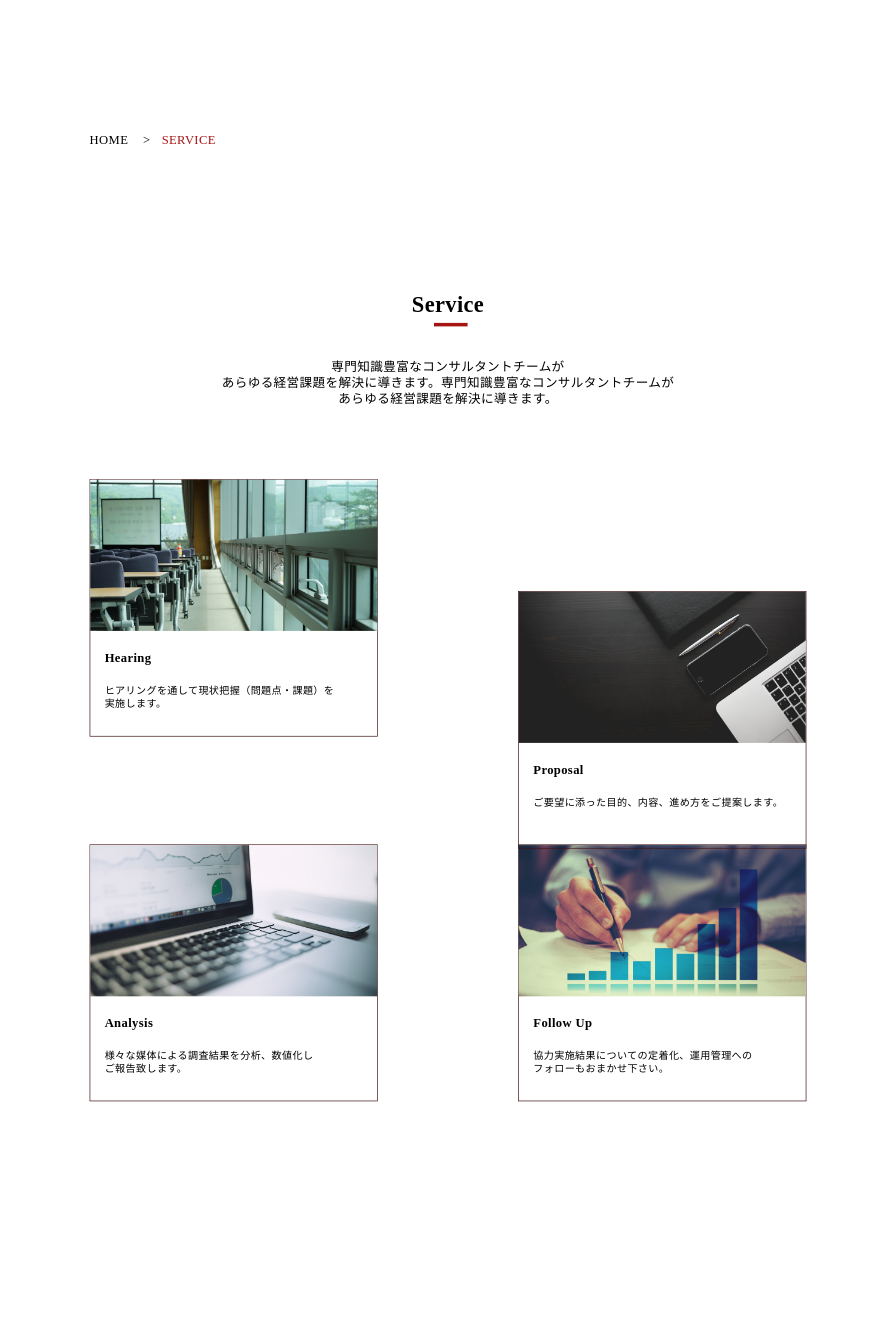
Repository: nozomi-23/hp2_test
Page: html/service.html
These files come from the project's save history. The page is drawn as it stood at one moment and after the next save; the edit follows.
The browser window is 1280 px wide. The pictures show the part of the page from y = 655 to 2575 px (the page is 2575 px tall), at 70% of full size.
Some web fonts or font styles are not loaded; a fallback is used. Some web libraries are served in a nearby version.

Above is the page before, as saved 2022-06-26 07:45:33.

### html/service.html
<!DOCTYPE html>
<html lang="ja">

<head>
  <meta charset="UTF-8">
  <title>コンサル事業 N.Company</title>
  <meta name="description" content="専門知識豊富なコンサルタントチームがあらゆる経営課題を解決に導きます。">
  <meta name="keywords" content="コンサル,経営改善,サポート">
  <meta name="viewport" content="width=device-width, initial-scale=1.0">
  <meta property="og:title" content="コンサル事業 N.Company">
  <meta property="og:type" content="article">
  <meta property="og:url" content="https://withcode-plus.tech">
  <meta property="og:image" content="img/logo.png">
  <meta property="og:description" content="専門知識豊富なコンサルタントチームがあらゆる経営課題を解決に導きます。">
  <meta property="og:site_name" content="コンサル事業">
  <link rel="icon" href="favicon.ico">
  <link rel="apple-touch-icon" sizes="180x180" href="img/logo.png">
  <link rel="preconnect" href="https://fonts.googleapis.com">
  <link rel="preconnect" href="https://fonts.gstatic.com" crossorigin>
  <link rel="preconnect" href="https://fonts.googleapis.com">
  <link rel="preconnect" href="https://fonts.gstatic.com" crossorigin>
  <link rel="preconnect" href="https://fonts.googleapis.com">
  <link rel="preconnect" href="https://fonts.gstatic.com" crossorigin>
  <link href="https://fonts.googleapis.com/css2?family=Bitter:wght@300;400&display=swap" rel="stylesheet">
  <link href="https://fonts.googleapis.com/css2?family=Noto+Serif+JP:wght@400;500;700&display=swap" rel="stylesheet">
  <script src="https://kit.fontawesome.com/b17c2acbc6.js" crossorigin="anonymous"></script>
  <link rel="stylesheet" type="text/css" href="../css/reset.css">
  <link rel="stylesheet" type="text/css" href="../css/common1.css">
  <link rel="stylesheet" type="text/css" href="../css/common2.css">
  <link rel="stylesheet" type="text/css" href="../css/service.css">
</head>

<body>
  <!-- ======== header ===== -->
  <header>
    <div class="header_inner">
      <h1 class="header_logo">
        <a href="../index.html"><img src="../img/logo.png" alt="ロゴ画像"></a>
      </h1>
      <nav class="header_nav">
        <ul>
          <li>
            <a href="#">SERVICE</a>
          </li>
          <li>
            <a href="../html/about.html">ABOUT</a>
          </li>
          <li>
            <a href="../html/news.html">NEWS</a>
          </li>
          <li>
            <a href="../html/contact.html">CONTACT</a>
          </li>
        </ul>
      </nav>
    </div>
    <div class="drawer"></div>
  </header>

  <!-- ======== fv ===== -->

  <section class="service_fv">
    <div class="service_fv_wrapper">
      <div class="service_fv_img">
        <img src="../img/service_main.png" alt="メイン画像">
      </div>
      <div class="fv_txt_wrapper_2">
        <span class="top_arrow_txt">SCROLL</span>
      </div>
      <div class="fv_ttl_wrapper">
        <h2 class="service_fv_ttl">SERVICE</h2>
      </div>
    </div>
  </section>

  <!-- ======== パンくずリスト ===== -->

  <section class="breadcrumb section">
    <div class="inner">
      <ul class="breadcrumb_list">
        <li class="breadcrumb_item">
          <a href="../index.html"><span>HOME</span></a>
        </li>
        <li class="breadcrumb_item">
          <a href="../index.html"><span class="color">SERVICE</span></a>
        </li>
      </ul>
    </div>
  </section>

  <!-- ======== service_intro ===== -->

  <section class="service_intro section">
    <div class="inner">
      <div class="service_tex">
        <h3 class="section_ttl">Service</h3>
        <p class="service_txt">専門知識豊富なコンサルタントチームが<br>
          あらゆる経営課題を解決に導きます。専門知識豊富なコンサルタントチームが<br>あらゆる経営課題を解決に導きます。</p>
      </div>
      <div class="service_intro_all">
        <ul class="intro_list">
          <li class="intro_item">
            <div class="intro_item_img">
              <img src="../img/hearing.png" alt="hearing画像">
            </div>
            <div class="intro_item_txt intro_item_1">
              <p class="intro_txt_ttl">Hearing</p>
              <p class="intro_txt_txt">ヒアリングを通して現状把握（問題点・課題）を<br>実施します。</p>
            </div>
          </li>
          <li class="intro_item intro_item_2">
            <div class="intro_item_img">
              <img src="../img/proposal.png" alt="proposal画像">
            </div>
            <div class="intro_item_txt">
              <p class="intro_txt_ttl">Proposal</p>
              <p class="intro_txt_txt">ご要望に添った目的、内容、進め方をご提案します。</p>
            </div>
          </li>
          <li class="intro_item intro_item_3">
            <div class="intro_item_img">
              <img src="../img/analysis.png" alt="analysis画像">
            </div>
            <div class="intro_item_txt">
              <p class="intro_txt_ttl">Analysis</p>
              <p class="intro_txt_txt">様々な媒体による調査結果を分析、数値化し<br>ご報告致します。</p>
            </div>
          </li>
          <li class="intro_item intro_item_4">
            <div class="intro_item_img">
              <img src="../img/followup.png" alt="followup画像">
            </div>
            <div class="intro_item_txt">
              <p class="intro_txt_ttl">Follow Up</p>
              <p class="intro_txt_txt">協力実施結果についての定着化、運用管理への<br>フォローもおまかせ下さい。</p>
            </div>
          </li>
        </ul>
      </div>
      </div>
    </div>
  </section>
</body>
<script src="https://ajax.googleapis.com/ajax/libs/jquery/3.5.1/jquery.min.js"></script>
<script type="text/javascript" src="js/common.js"></script>

</html>

### css/reset.css
@charset "UTF-8";

html,
body,
div,
span,
object,
iframe,
h1,
h2,
h3,
h4,
h5,
h6,
p,
blockquote,
pre,
abbr,
address,
cite,
code,
del,
dfn,
em,
img,
ins,
kbd,
q,
samp,
small,
strong,
sub,
sup,
var,
b,
i,
dl,
dt,
dd,
ol,
ul,
li,
fieldset,
form,
label,
legend,
table,
caption,
tbody,
tfoot,
thead,
tr,
th,
td,
article,
aside,
canvas,
details,
figcaption,
figure,
footer,
header,
hgroup,
menu,
nav,
section,
summary,
time,
mark,
audio,
video {
  margin: 0;
  padding: 0;
  border: 0;
  outline: 0;
  font-size: 100%;
  vertical-align: baseline;
  background: transparent;
}

body {
  line-height: 1;
}

article,
aside,
details,
figcaption,
figure,
footer,
header,
hgroup,
menu,
nav,
section {
  display: block;
}

nav ul {
  list-style: none;
}

blockquote,
q {
  quotes: none;
}

blockquote:before,
blockquote:after,
q:before,
q:after {
  content: '';
  content: none;
}

a {
  margin: 0;
  padding: 0;
  font-size: 100%;
  vertical-align: baseline;
  background: transparent;
}

/* change colours to suit your needs */
ins {
  background-color: #ff9;
  color: #000;
  text-decoration: none;
}

/* change colours to suit your needs */
mark {
  background-color: #ff9;
  color: #000;
  font-style: italic;
  font-weight: bold;
}

del {
  text-decoration: line-through;
}

abbr[title],
dfn[title] {
  border-bottom: 1px dotted;
  cursor: help;
}

table {
  border-collapse: collapse;
  border-spacing: 0;
}

/* change border colour to suit your needs */
hr {
  display: block;
  height: 1px;
  border: 0;
  border-top: 1px solid #cccccc;
  margin: 1em 0;
  padding: 0;
}

input,
select {
  vertical-align: middle;
}

### css/common1.css
@charset "UTF-8";

body {
  font-size: 18px;
  color: #000;
  letter-spacing: 0.03em;
  font-family: 'Noto Serif JP', serif;
  line-height: 1.3;
}
li {
  list-style: none;
}
a {
  text-decoration: none;
  cursor: pointer;
  color: #000;
}
/* =====================
共通レイアウト
========================*/

.section {
  margin: 15% 0;
  position: relative;
}

.inner {
  width: 80%;
  height: auto;
  margin: 0 auto;
  /* background-color: aqua; */
}

/* =====================
共通パーツ
========================*/

.section_ttl {
  position: relative;
  font-size: 2rem;
  font-weight: bold;
  display: inline-block;
  margin-bottom: 4.5%;
  padding: 1%;
}

.section_ttl::after {
  content: "";
  position: absolute;
  bottom: 0;
  left: 34%;
  display: inline-block;
  width: 3rem;
  border-bottom: 5px solid #A71414;
}

.btn {
  width: 25%;
  margin: 0 auto;
}

.btn a {
  text-align: center;
  color: #fff;
  background: #210E0E;
  font-weight: bold;
  line-height: 4;
  display: block;
  width: 100%;
  height: 100%;
  cursor: pointer;
  transition: all 0.5s;
}

.btn a:hover {
  opacity: 0.8;
  transition: all 0.5s;
}
/* =====================
header
========================*/
header {
  background: #000;
}

.header_inner {
  display: flex;
  justify-content: space-between;
  align-items: center;
  padding: 0.7%;
}

.header_logo {
  width: 20%;
}
.header_logo img {
  width: 100%;
  height: 100%;
}

.header_nav {
  width: 60%;
  height: auto;
}

.header_nav ul {
  display: flex;
  align-items: center;
}

.header_nav ul li {
  padding: 1.5% 6%;
  border-left: solid 1px #fff;
}

.header_nav ul li:last-child {
  border-right: solid 1px #fff;
}

.header_nav ul li a {
  display: block;
  color: #fff;
  font-weight: bold;
}

.header_nav ul li a:hover {
  color: #AB9999;
}

header .drawer {
  visibility: hidden;
}

/* =====================
footer
========================*/

footer {
  background: #000;
  padding: 2%;
  text-align: center;
}

.footer_logo {
  margin: 0 auto;
  width: 15%;
  height: auto;
}

.footer_logo img {
  width: 100%;
  height: 100%;
}

.footer_list {
  width: 70%;
  height: auto;
  display: flex;
  justify-content: center;
  align-items: center;
  margin: 3.5% auto;
}

.footer_list li {
  padding: 1% 6%;
  border-left: solid 1px #fff;
}

.footer_list li:last-child {
  border-right: solid 1px #fff;
}

.footer_list li a {
  color: #fff;
  font-size: 0.95rem;
}

.footer_list li a:hover {
  color: #AB9999;
}

.footer_sns {
  display: flex;
  align-items: center;
  justify-content: center;
  margin: 3% 0;
}

.sns_icon.sns_icon1 {
  margin-right: 2.5%;
}

.sns_icon.sns_icon1,
.sns_icon.sns_icon2 {
  font-size: 2.25rem;
}
.sns_icon a {
  color: #fff;
}

.sns_icon {
  transition: 0.2s;
}

.sns_icon:hover {
  transition: 0.2s;
  transform: translateY(-5px);
}


footer small {
  color: #fff;
  font-size: 0.8rem;
  display: block;
  margin: 1.5% 0;
}

### css/common2.css
@charset "UTF-8";

/* =====================
fv
========================*/
.service_fv_wrapper {
  display: flex;
  position: relative;
}

.service_fv_img {
  position: absolute;
  z-index: 1;
  top: 4%;
  left: 0;
}

.service_fv_img img {
  width: 100%;
  height: 100%;
}

.fv_txt_wrapper_2 {
  position: relative;
  width: 30%;
  height: 80vh;
}

.fv_ttl_wrapper {
  width: 70%;
  height: 80vh;
  background: #210E0E;
  align-items: center;
  display: flex;

}

.service_fv_ttl {
  color: #fff;
  font-weight: bold;
  font-size: 4.2rem;
  margin-left: auto;
  padding-right: 0.5em;
  z-index: 3;
}

.top_arrow_txt {
  position: absolute;
  bottom: 4%;
  left: 45%;
  transform: rotate(270deg);
  font-weight: bold;
  font-size: 0.95rem;
  z-index: 3;
}

.top_arrow_txt::after {
  content: "";
  width: 60px;
  border-bottom: solid 1px;
  display: inline-block;
  position: absolute;
  bottom: 40%;
  left: 120%;
}

/* =====================
パンくずリスト
========================*/
.breadcrumb_list {
  display: flex;
}

.breadcrumb_item::after {
  content: ">";
  padding: 0 1rem;
}

.breadcrumb_item:last-child::after {
  content: "";
}

.breadcrumb_item .color {
  color: #A71414;
}

### css/service.css
@charset "UTF-8";


/* =====================
service_intro
========================*/
.service_tex {
  text-align: center;
}

.service_intro_all {
  margin: 10% 0;
}

.service_txt {
  width: 70%;
  height: auto;
  margin: 0 auto;
  text-align: center;
}

.intro_list {
  display: flex;
  justify-content: space-between;
  flex-wrap: wrap;
}

.intro_item {
  width: 40%;
  height: auto;
  margin-bottom: 15%;
  border: solid 1px #441414;
}


.intro_item_img img {
  width: 100%;
  height: 30vh;
  object-fit: cover;
}

.intro_item_txt {
  padding: 5%;}

.intro_txt_ttl {
  font-weight: bold;
  margin-bottom: 1.6rem;
}

.intro_txt_txt {
  position: relative;
  font-size: 0.9rem;
  padding-bottom: 1rem;
}

.intro_item.intro_item_2 {
  position: relative;
  top: 10rem;
}

Loaded but not shown: js/common.js (no copy from this time; the picture is the same without it)

After the next save:
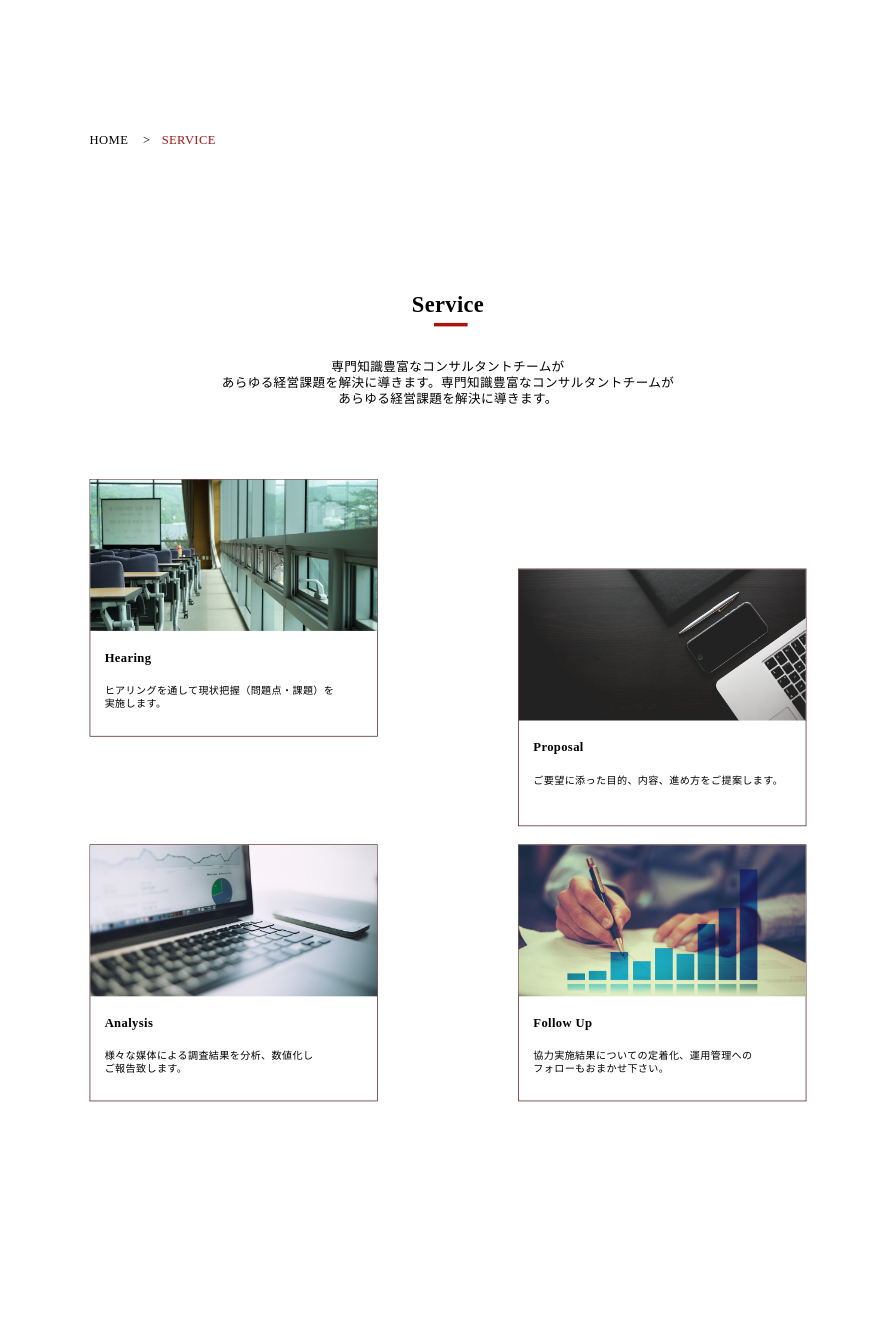
Saved 25 s later.
--- a/css/service.css
+++ b/css/service.css
@@ -55,5 +55,5 @@ service_intro
 
 .intro_item.intro_item_2 {
   position: relative;
-  top: 10rem;
+  top: 8rem;
 }
